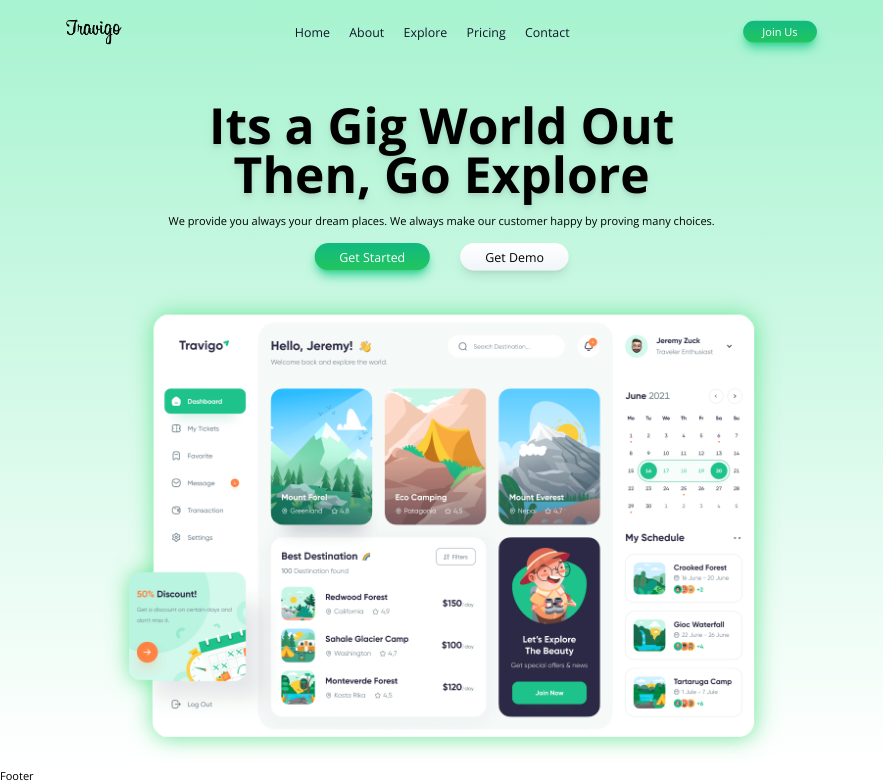
Repository: ThiAlbani83/travigo-travel-app
Page: /
An editor plug-in stored every save of this project. The page is shown before and after the next save, followed by the edit.
The browser window is 1280 px wide. The pictures show the whole page, at 69% of full size.
The project was rebuilt for these pictures with package versions that can differ from the ones it lists, and the page was loaded fresh each time. Also part of the build but not shown: vite.config.js.

Above is the page before, as saved 2023-03-21 00:21:51.

After the next save:
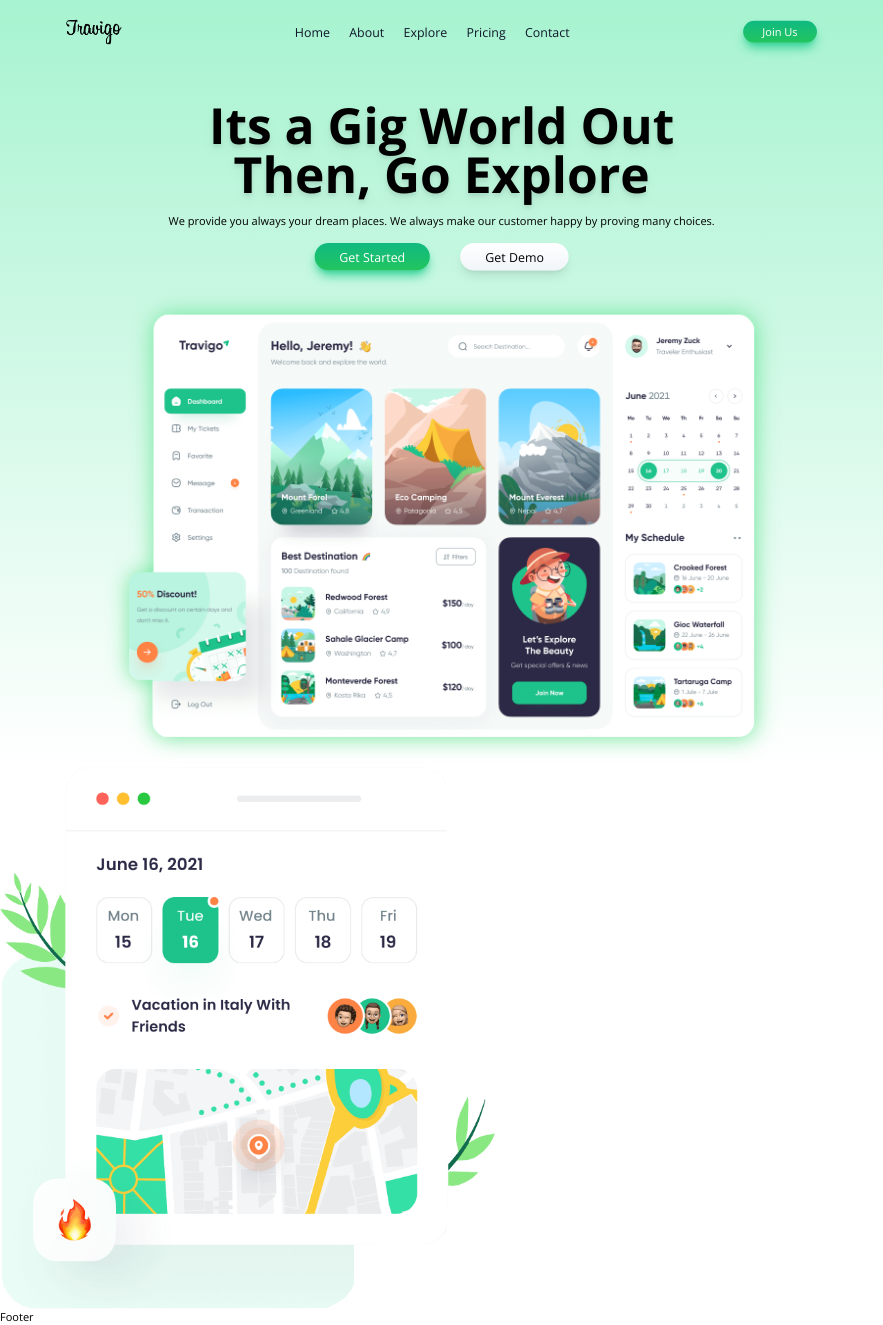
Saved 23 s later.
--- a/src/components/Memory.jsx
+++ b/src/components/Memory.jsx
@@ -6,7 +6,7 @@
         <div>
             <div>
                 <div>
-                    <img src="" alt="" />
+                    <img src={img} alt="memory/img" />
                 </div>
                 <div>
                     <h1></h1>
